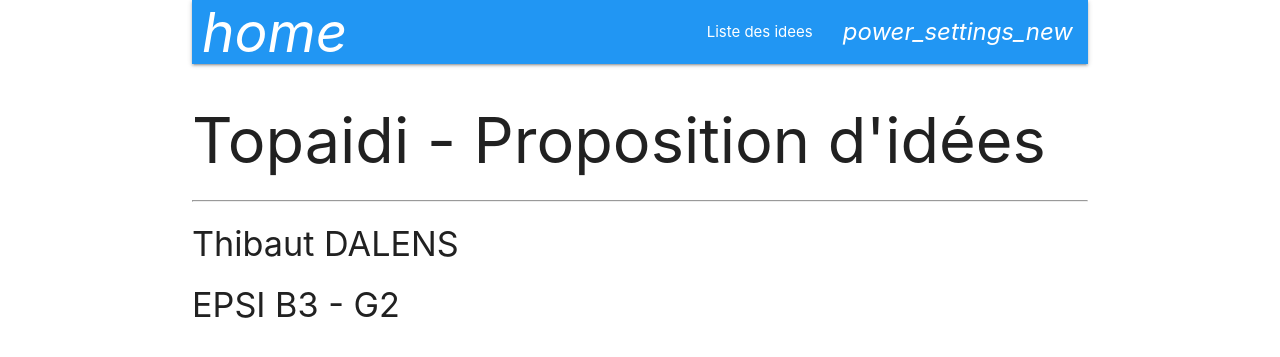
Repository: thdal/Atelier_JEE_16_02
Page: http://localhost/Atelier_JEE_16_02/WEB-INF/pages/PageHome.jsp
An editor plug-in stored every save of this project. The page is shown before and after the next save, followed by the edit.
The browser window is 1280 px wide. The pictures show the whole page.
The page is served by Tomcat 9. Nobody is signed in. The template is opened directly, without the code that normally fills it, so the values that code supplies are empty.

Above is the page before, as saved 2021-02-25 11:31:50.

After the next save:
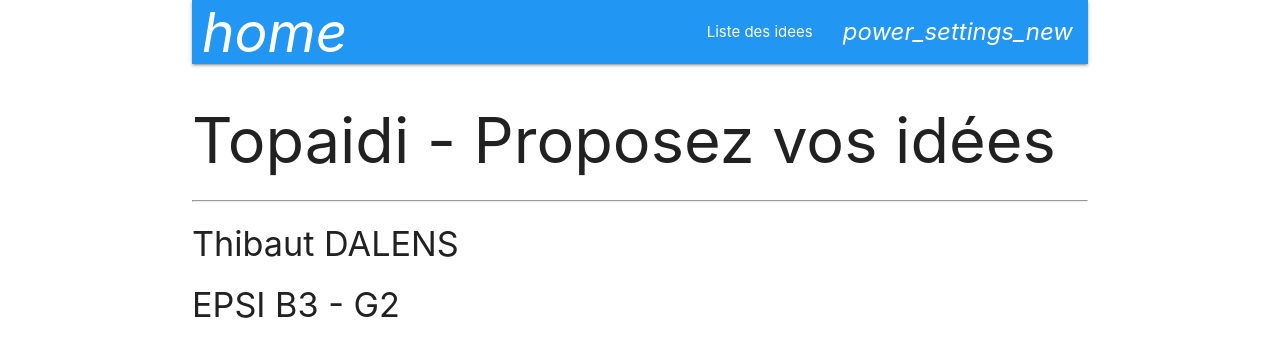
Saved 9 s later.
--- a/Atelier_JEE_16_02/src/main/webapp/WEB-INF/pages/PageHome.jsp
+++ b/Atelier_JEE_16_02/src/main/webapp/WEB-INF/pages/PageHome.jsp
@@ -12,7 +12,7 @@
 
 <div class="container">
 <%@include file="commons/MenuNavBar.jsp" %>
-	<h1>Topaidi - Proposition d'idées</h1>
+	<h1>Topaidi - Proposez vos idées</h1>
 	<hr>
 	<h4>Thibaut DALENS</h4>
 	<h4>EPSI B3 - G2</h4>
